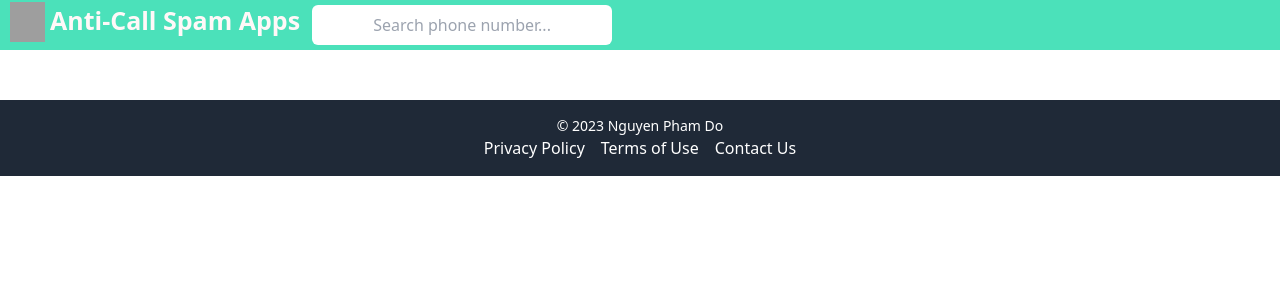
Repository: NPham1402/Web-user-callSpamBlocker
Page: /detail
These files come from the project's save history. The page is drawn as it stood at one moment and after the next save; the edit follows.
The browser window is 1280 px wide. The pictures show the whole page.
Pictures or frames that could not be fetched are drawn as grey boxes. The project was rebuilt for these pictures with package versions that can differ from the ones it lists, and the page was loaded fresh each time. The framework's server and built-in components were replaced by stand-ins that run in the browser. Also part of the build but not shown: next.config.js.

Above is the page before, as saved 2023-02-09 20:52:11.

### pages/detail.js
import Head from "next/head";
import { useRouter } from "next/router";
import React from "react";

function detail() {
  const router = useRouter();
  const {
    query: { id },
  } = router;
  return (
    <>
      {" "}
      <Head>
        <title>Check number spam</title>
        <meta name="description" content="Generated by create next app" />
        <meta name="viewport" content="width=device-width, initial-scale=1" />
        <link rel="icon" href="/favicon.ico" />
      </Head>
      <main className="relative">
        <div className="w-100 pl-[10px] pt-[2px] flex flex-row h-[50px] bg-[#4BE1BA]">
          <img
            src="https://static.callblocker.org/img/logo.png"
            className=" w-[35px] h-[40px]"
          />
          <p className="pl-[5px] pt-[6px] leading-none font-Raleway font-semibold text-[25px] text-[#FFF8F8] ">
            Anti-Call Spam Apps
          </p>
          <input
            className="w-[300px] h-[40px] text-center ml-[12px] mt-[3px] rounded-[6px] p-[15px]"
            placeholder="Search phone number..."
          />
        </div>
      </main>
      <footer class="bg-gray-800 mt-[50px] text-white py-4">
        <div class="container mx-auto">
          <p class="text-center text-sm">&copy; 2023 Nguyen Pham Do</p>
          <div class="flex justify-center">
            <a href="#" class="text-white mx-2">
              Privacy Policy
            </a>
            <a href="#" class="text-white mx-2">
              Terms of Use
            </a>
            <a href="#" class="text-white mx-2">
              Contact Us
            </a>
          </div>
        </div>
      </footer>
    </>
  );
}

export default detail;

### styles/globals.css
@tailwind base;
@tailwind components;
@tailwind utilities;
@import url('https://fonts.googleapis.com/css2?family=Raleway:ital&display=swap');

Loaded but not shown: pages/_app.js (common file); pages/_document.js (common file); tailwind.config.js (common file)

After the next save:
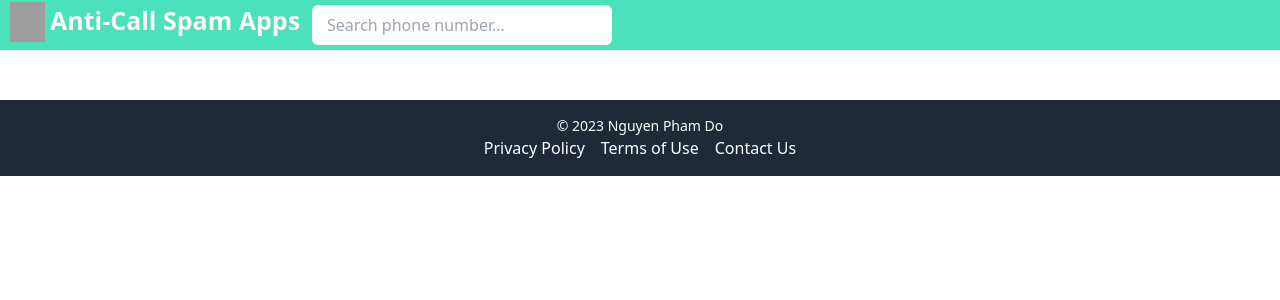
Saved 8 s later.
--- a/pages/detail.js
+++ b/pages/detail.js
@@ -26,7 +26,7 @@ function detail() {
             Anti-Call Spam Apps
           </p>
           <input
-            className="w-[300px] h-[40px] text-center ml-[12px] mt-[3px] rounded-[6px] p-[15px]"
+            className="w-[300px] h-[40px] ml-[12px] mt-[3px] rounded-[6px] p-[15px]"
             placeholder="Search phone number..."
           />
         </div>
